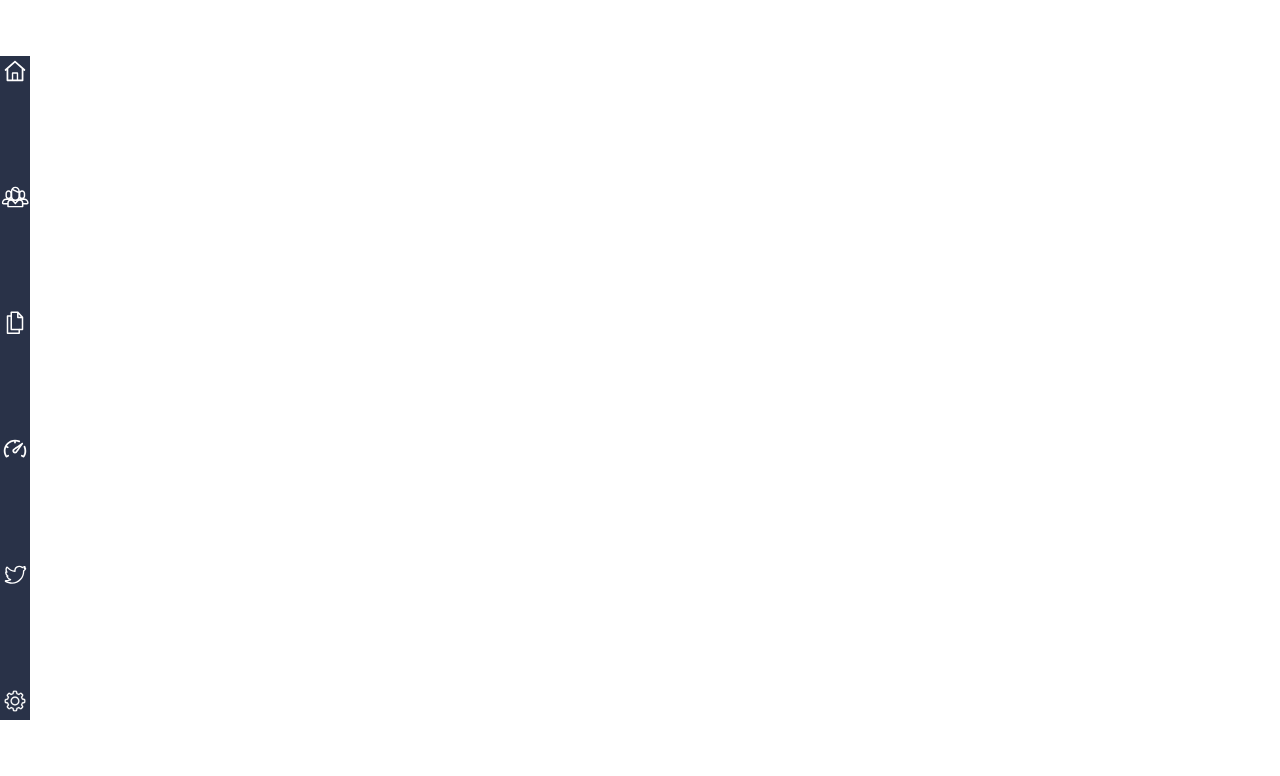
Repository: ChandanRathore002/awesome-project
Page: /
These files come from the project's save history. The page is drawn as it stood at one moment and after the next save; the edit follows.
The browser window is 1280 px wide. The pictures show the whole page.
The project was rebuilt for these pictures with package versions that can differ from the ones it lists, and the page was loaded fresh each time.

Above is the page before, as saved 2019-07-29 17:38:14.

### src/App.js
import React from 'react';
import Home from './container/Home';
import './App.css';

function App() {
  return (
    <div className="App">
      <Home />
    </div>
  );
}

export default App;

### src/container/Home/index.js
import React from 'react';
import SideNavbar from '../../component/SideNavbar';

const Home = () => (
  <SideNavbar />
);

export default Home;

### src/component/SideNavbar/index.js
import React from 'react';
import Nav from 'react-bootstrap/Nav';
import Icon from '../Icon';
import {
  homeIcon, communityIcon, fileIcon, powerIcon, twitterIcon, settingIcon
} from '../../images/index';
import './sidenavbar.scss';

const SideNavbar = () => (
  <div className="sidenavbar">
    <Nav
      activeKey="/home"
      onSelect={selectedKey => alert(`selected ${selectedKey}`)}
    >
      <Nav.Item>
        <Nav.Link href="/home">
          <Icon path={homeIcon} />
        </Nav.Link>
      </Nav.Item>
      <Nav.Item>
        <Nav.Link eventKey="link-1">
          <Icon path={communityIcon} />
        </Nav.Link>
      </Nav.Item>
      <Nav.Item>
        <Nav.Link eventKey="link-1">
          <Icon path={fileIcon} />
        </Nav.Link>
      </Nav.Item>
      <Nav.Item>
        <Nav.Link eventKey="link-1">
          <Icon path={powerIcon} />
        </Nav.Link>
      </Nav.Item>
      <Nav.Item>
        <Nav.Link eventKey="link-1">
          <Icon path={twitterIcon} />
        </Nav.Link>
      </Nav.Item>
      <Nav.Item>
        <Nav.Link eventKey="link-1">
          <Icon path={settingIcon} />
        </Nav.Link>
      </Nav.Item>
    </Nav>
  </div>
);

export default SideNavbar;

### src/component/Icon/index.js
import React from 'react';
import PropTypes from 'prop-types';

const Icon = ({ path, icon }) => (
  <img src={path} alt="Icon" className={icon} />
);

Icon.propTypes = {
  path: PropTypes.string.isRequired,
  icon: PropTypes.string.isRequired,
};

export default Icon;

### src/images/index.js
export { default as homeIcon } from './home-icon.svg';
export { default as communityIcon } from './community-icon.svg';
export { default as fileIcon } from './file-icon.svg';
export { default as powerIcon } from './pb-icon.svg';
export { default as twitterIcon } from './twitter-icon.svg';
export { default as settingIcon } from './setting-icon.svg';
export { default as CSIcon } from './cs-icon.svg';

### src/component/SideNavbar/sidenavbar.scss
@import '../../style/variable.scss';

.sidenavbar {
  position: $absolute;
  display: $flex;
  height: $full-width;
  padding: 56px 0 0;
  align-items: $flex-start;
  justify-content: $space-between;
  flex-wrap: $wrap;
  .nav {
    width: $auto;
    display: $flex;
    background: $basic-color;
    flex-direction: $column;
    height: calc(100vh - 56px);
    justify-content: $space-between;
  }
}

### src/style/variable.scss
$basic-color: #293248;
$primary-color: #2CCDA0;
$light-green: #D9F7EF;
$faded-green: rgba(217, 247, 239, 0.6);
$dark-green: #60D6B5;
$light-gray: #748AA1;
$gray-lightest: #687C92;
$placeholder-gray: #acbed1;
$alert-color: #FF647C;
$white-color: #FFFFFF;
$overlay-dark: #474747;
$white-transparent: rgba(255, 255, 255, 0.5);
$gray-transparent: rgba(232, 233, 237, 0.8);
$green-faded: rgba(44, 205, 160, 0.3);
$black-color: #000000;
$dark-white: #E8F0F8;
$ghost-white: #F5F6FA;
$dusky-gray: #EDEFF5;
$navy-blue: #242f47;
$navy-dark: #242A39;
$dark-gray: #E9EBF3;
$stylish-gray: #aeaeae;
$yellow-color: #FFCF5C;
$orange-color: #FFA26B;
$dark-orange: #EE785B;
$blue-color: #0084F4;
$calendar-gray: #E5E9F2;
$light-blue: #6979F8;
$medium-gray: #E5E7F1;
$doc-grey: #D6DBE0;
$light-white: #f0f0f0;
$zero-value: 0;
$none-value: none;
$flex: flex;
$center: center;
$column: column;
$full-width: 100%;
$large-font: 24px;
$medium-font: 18px;
$normal-font: 14px;
$sixteen-font: 16px;
$small-font: 10px;
$basic-font: 'Roboto', sans-serif;
$shadow: 8px 8px 14px rgba(190, 197, 214, 0.2), -8px -8px 14px rgba(190, 197, 214, 0.2);
$transition: all 0.3s ease-in-out 0s;
$absolute: absolute;
$relative: relative;
$fixed: fixed;
$normal: normal;
$block: block;
$flex-start: flex-start;
$space-between: space-between;
$wrap: wrap;
$auto: auto;

@mixin file-box {
    font-size: 9px;
    line-height: 13px;
    text-transform: uppercase;
    padding: 7px 8px;
    border-radius: 2px;
    color: $white-color;
}

@mixin sweet-alert-box {
    font-size: 18px;
    line-height: 21px;
    margin: $zero-value;
    color: $basic-color;
    font-weight: $normal;
}

@mixin nav-image {
    width: $auto;
    height: $auto;
    position: $absolute;
    left: $zero-value;
    right: $zero-value;
    margin: 0 $auto;
    transform: translateY(20px);
    -webkit-transform: translateY(20px);
    -ms-transform: translateY(20px);
    @include for-desktop-only {
        transform: translateY(15px);
        -webkit-transform: translateY(15px);
        -ms-transform: translateY(15px);
    }
    @include for-community-tile {
        transform: translateY(9px);
        -webkit-transform: translateY(9px);
        -ms-transform: translateY(9px);
    }
}

@mixin for-desktop-only {
    @media (max-width: 1440px) { @content; }
}

@mixin for-minlaptop-only {
    @media (min-width: 1200px) and (max-width: 1280px) { @content; }
}

@mixin for-tab-only {
    @media (min-width: 768px) and (max-width: 1199px) { @content; }
}

@mixin for-ipad-only {
    @media(max-width: 991px) { @content; }
}

@mixin for-community-tile {
    @media(max-width: 1152px) { @content; }
}

@mixin for-1281-1400 {
    @media (min-width: 1281px) and (max-width: 1400px) { @content; }
}

@mixin for-mobile-only {
    @media (max-width: 767px) { @content; }
}

@mixin for-small-mobile {
    @media (max-width: 480px) { @content; }
}

@mixin for-extra-small-mobile {
    @media (max-width: 370px) { @content; }
}

@mixin for-laptop-height {
    @media (max-height: 1000px) { @content; }
}

@mixin for-medium-laptop-height {
    @media (max-height: 900px) { @content; }
}

@mixin for-small-laptop-height {
    @media (max-height: 899px) { @content; }
}

@mixin for-810-height {
    @media (max-height: 810px) { @content; }
}

@mixin for-small-height {
    @media (max-height: 729px) { @content; }
}

@mixin for-mobile-height {
    @media (max-height: 420px) { @content; }
}

@mixin for-small-mobile-height {
    @media (max-height: 375px) { @content; }
}

Loaded but not shown: public/index.html (common file); src/index.js (common file); src/index.css (common file); src/serviceWorker.js (common file); src/App.css (common file)

After the next save:
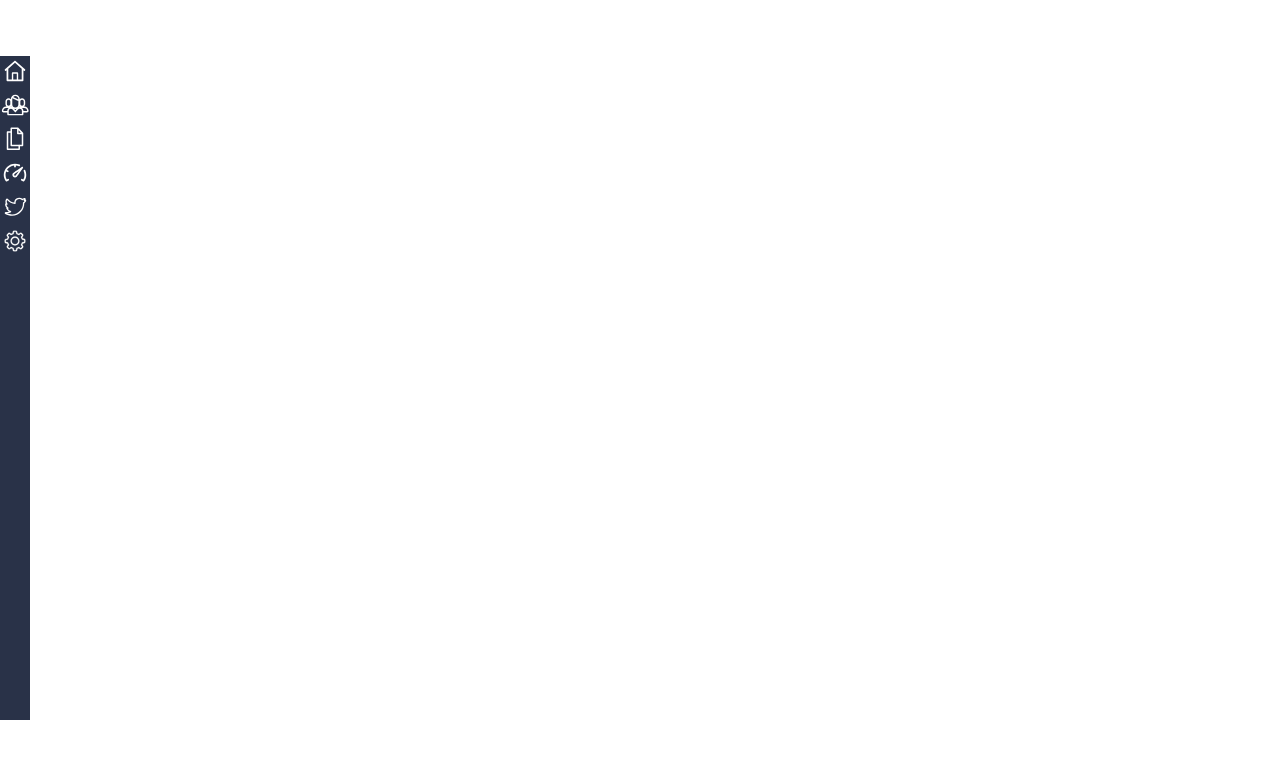
Saved 2 min 28 s later.
--- a/src/component/SideNavbar/index.js
+++ b/src/component/SideNavbar/index.js
@@ -2,7 +2,7 @@ import React from 'react';
 import Nav from 'react-bootstrap/Nav';
 import Icon from '../Icon';
 import {
-  homeIcon, communityIcon, fileIcon, powerIcon, twitterIcon, settingIcon
+  homeIcon, communityIcon, fileIcon, powerIcon, twitterIcon, settingIcon,
 } from '../../images/index';
 import './sidenavbar.scss';
 
@@ -12,36 +12,38 @@ const SideNavbar = () => (
       activeKey="/home"
       onSelect={selectedKey => alert(`selected ${selectedKey}`)}
     >
-      <Nav.Item>
-        <Nav.Link href="/home">
-          <Icon path={homeIcon} />
-        </Nav.Link>
-      </Nav.Item>
-      <Nav.Item>
-        <Nav.Link eventKey="link-1">
-          <Icon path={communityIcon} />
-        </Nav.Link>
-      </Nav.Item>
-      <Nav.Item>
-        <Nav.Link eventKey="link-1">
-          <Icon path={fileIcon} />
-        </Nav.Link>
-      </Nav.Item>
-      <Nav.Item>
-        <Nav.Link eventKey="link-1">
-          <Icon path={powerIcon} />
-        </Nav.Link>
-      </Nav.Item>
-      <Nav.Item>
-        <Nav.Link eventKey="link-1">
-          <Icon path={twitterIcon} />
-        </Nav.Link>
-      </Nav.Item>
-      <Nav.Item>
-        <Nav.Link eventKey="link-1">
-          <Icon path={settingIcon} />
-        </Nav.Link>
-      </Nav.Item>
+      <div className="navbar">
+        <Nav.Item>
+          <Nav.Link href="/home">
+            <Icon path={homeIcon} />
+          </Nav.Link>
+        </Nav.Item>
+        <Nav.Item>
+          <Nav.Link eventKey="link-1">
+            <Icon path={communityIcon} />
+          </Nav.Link>
+        </Nav.Item>
+        <Nav.Item>
+          <Nav.Link eventKey="link-1">
+            <Icon path={fileIcon} />
+          </Nav.Link>
+        </Nav.Item>
+        <Nav.Item>
+          <Nav.Link eventKey="link-1">
+            <Icon path={powerIcon} />
+          </Nav.Link>
+        </Nav.Item>
+        <Nav.Item>
+          <Nav.Link eventKey="link-1">
+            <Icon path={twitterIcon} />
+          </Nav.Link>
+        </Nav.Item>
+        <Nav.Item>
+          <Nav.Link eventKey="link-1">
+            <Icon path={settingIcon} />
+          </Nav.Link>
+        </Nav.Item>
+      </div>
     </Nav>
   </div>
 );
